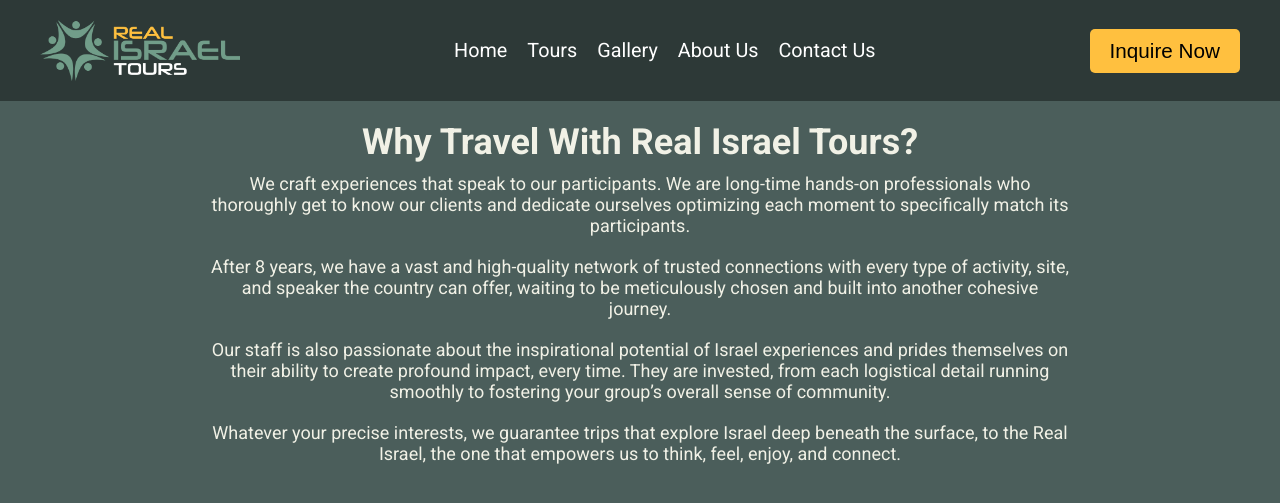
Repository: Pafestivo/realIsraelTours
Page: / (app in frontend/)
An editor plug-in stored every save of this project. The page is shown before and after the next save, followed by the edit.
The browser window is 1280 px wide. The pictures show the whole page.
The project was rebuilt for these pictures with package versions that can differ from the ones it lists, and the page was loaded fresh each time. The framework's server and built-in components were replaced by stand-ins that run in the browser. Also part of the build but not shown: frontend/next.config.js.

Above is the page before, as saved 2023-09-19 20:19:42.

After the next save:
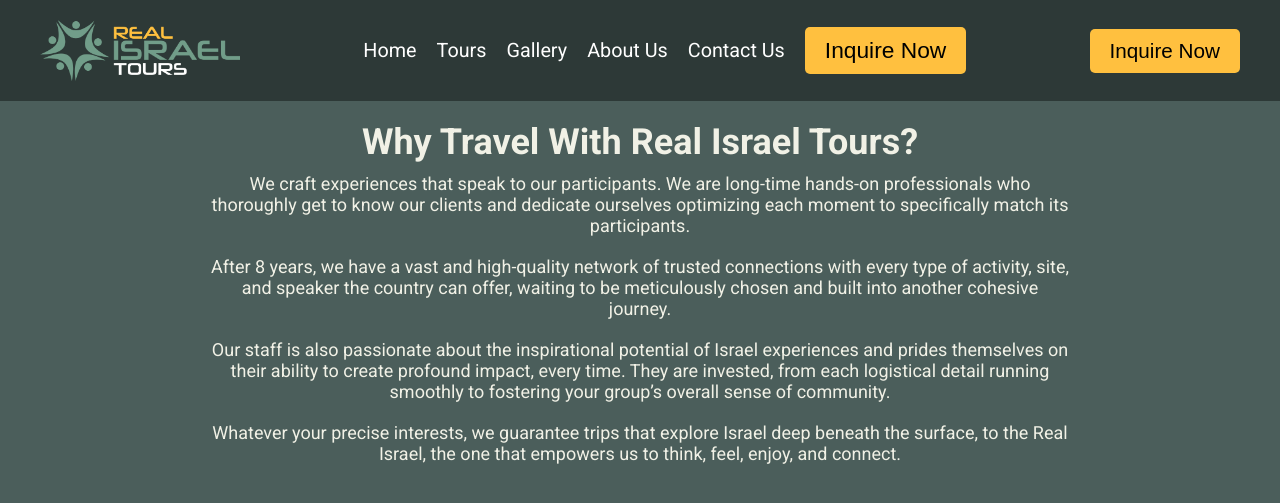
Saved 107 s later.
--- a/frontend/src/components/Header.tsx
+++ b/frontend/src/components/Header.tsx
@@ -18,18 +18,19 @@
       <div className={`navbar ${isMenuOpen ? "open" : ""}`}>
         <button onClick={toggleMenu} className="close-button">
           ✕
-        </button>{" "}
-        {/* New close button */}
+        </button>
         <Link href="/">Home</Link>
         <Link href="/">Tours</Link>
         <Link href="/">Gallery</Link>
         <Link href="/">About Us</Link>
         <Link href="/">Contact Us</Link>
+        <button className="inquire mobile-only">Inquire Now</button>{" "}
+        {/* New button */}
       </div>
       <button onClick={toggleMenu} className="hamburger">
         ☰
       </button>
-      <button className="inquire">Inquire Now</button>
+      <button className="inquire desktop-only">Inquire Now</button>
     </div>
   );
 };

After the 2 saves that followed:
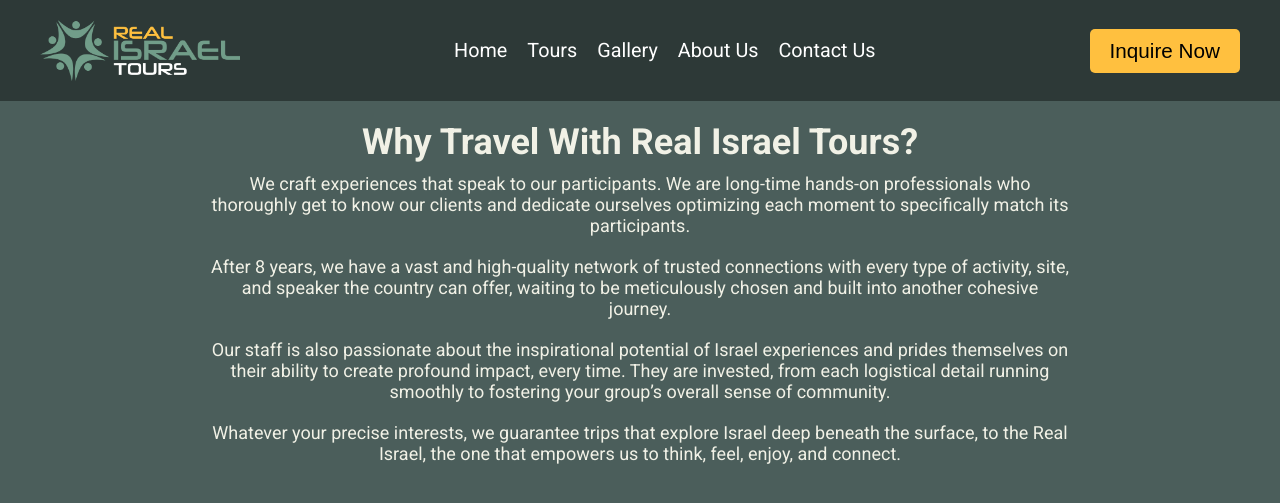
The 2 saves are shown as one change because 1 left the picture as it was.
The last was saved 46 s later.
--- a/frontend/src/styles/header.css
+++ b/frontend/src/styles/header.css
@@ -42,6 +42,14 @@
   cursor: pointer;
 }
 
+.mobile-only {
+  display: none;
+}
+
+.desktop-only {
+  display: block;
+}
+
 @media screen and (min-width: 769px) {
   .close-button {
     display: none;
@@ -49,6 +57,14 @@
 }
 
 @media screen and (max-width: 768px) {
+  .mobile-only {
+    display: block;
+  }
+
+  .desktop-only {
+    display: none;
+  }
+
   .navbar {
     position: fixed;
     right: -100%;  /* Change this */
